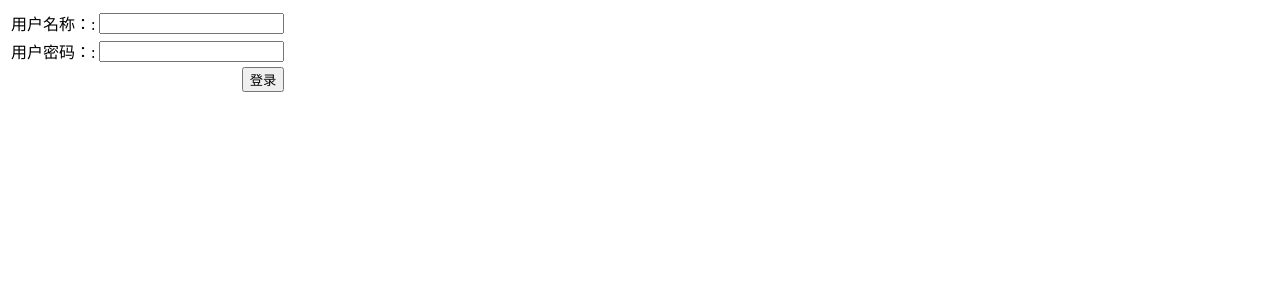
Repository: goulinagchen/kuangjiaCode
Page: http://localhost/Struts1/login.jsp
An editor plug-in stored every save of this project. The page is shown before and after the next save, followed by the edit.
The browser window is 1280 px wide. The pictures show the whole page.
The page is served by Tomcat 9.

Above is the page before, as saved 2017-10-16 02:26:28.

After the next save:
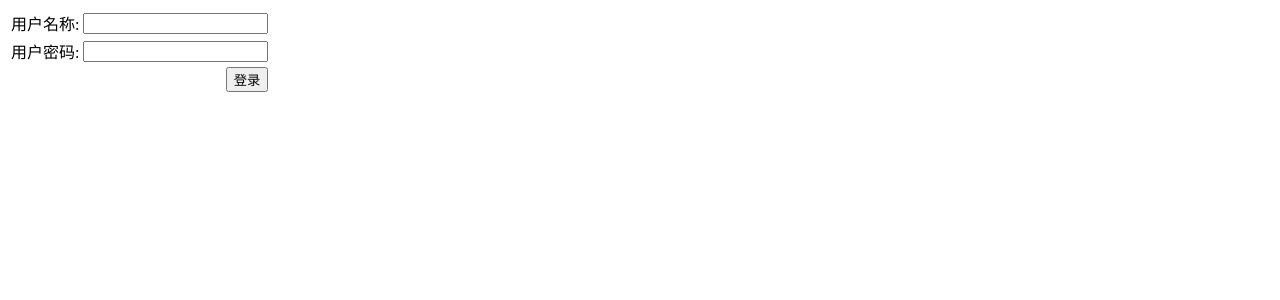
Saved 34 s later.
--- a/kuangjiaCode/Struts1/WebContent/login.jsp
+++ b/kuangjiaCode/Struts1/WebContent/login.jsp
@@ -10,8 +10,8 @@
 </head>
 <body>
 	<s:form action="" method="">
-		<s:textfield name="username" label="用户名称："></s:textfield>
-		<s:password name="password" label="用户密码："></s:password>
+		<s:textfield name="username" label="用户名称"></s:textfield>
+		<s:password name="password" label="用户密码"></s:password>
 		<s:submit value="登录"></s:submit>
 	</s:form>
 </body>
